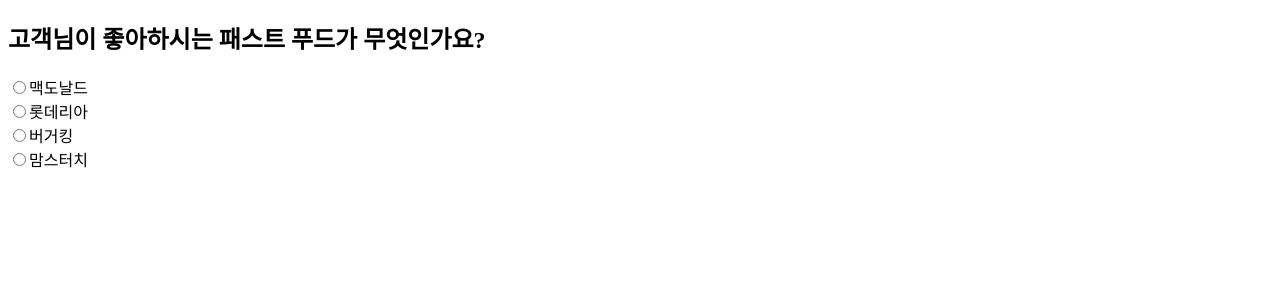
Repository: Hongjeongmin/university
Page: webprograming/test/test/WebContent/a.html
An editor plug-in stored every save of this project. The page is shown before and after the next save, followed by the edit.
The browser window is 1280 px wide. The pictures show the whole page.

Above is the page before, as saved 2018-09-20 03:24:06.

After the next save:
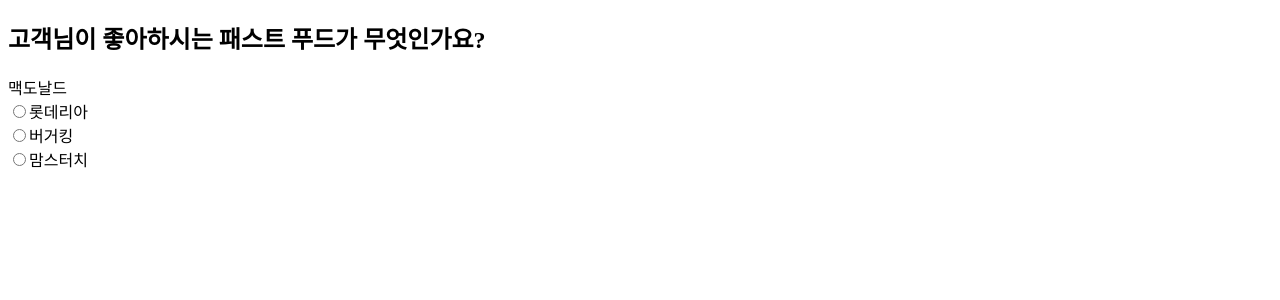
Saved 2 min 1 s later.
--- a/webprograming/test/test/WebContent/a.html
+++ b/webprograming/test/test/WebContent/a.html
@@ -7,7 +7,7 @@
 <body>
 <h2>고객님이 좋아하시는 패스트 푸드가 무엇인가요?</h2><p>
 <form method="get" action="b.jsp">
-<input type="radio" name="br" value="macdonardo"/>맥도날드<br>
+<input type="hidden" name="br" value="macdonardo"/>맥도날드<br>
 <input type="radio" name="br" value="lotderia"/>롯데리아<br>
 <input type="radio" name="br" value="burgerking"/>버거킹<br>
 <input type="radio" name="br" value="mom"/>맘스터치<br>
